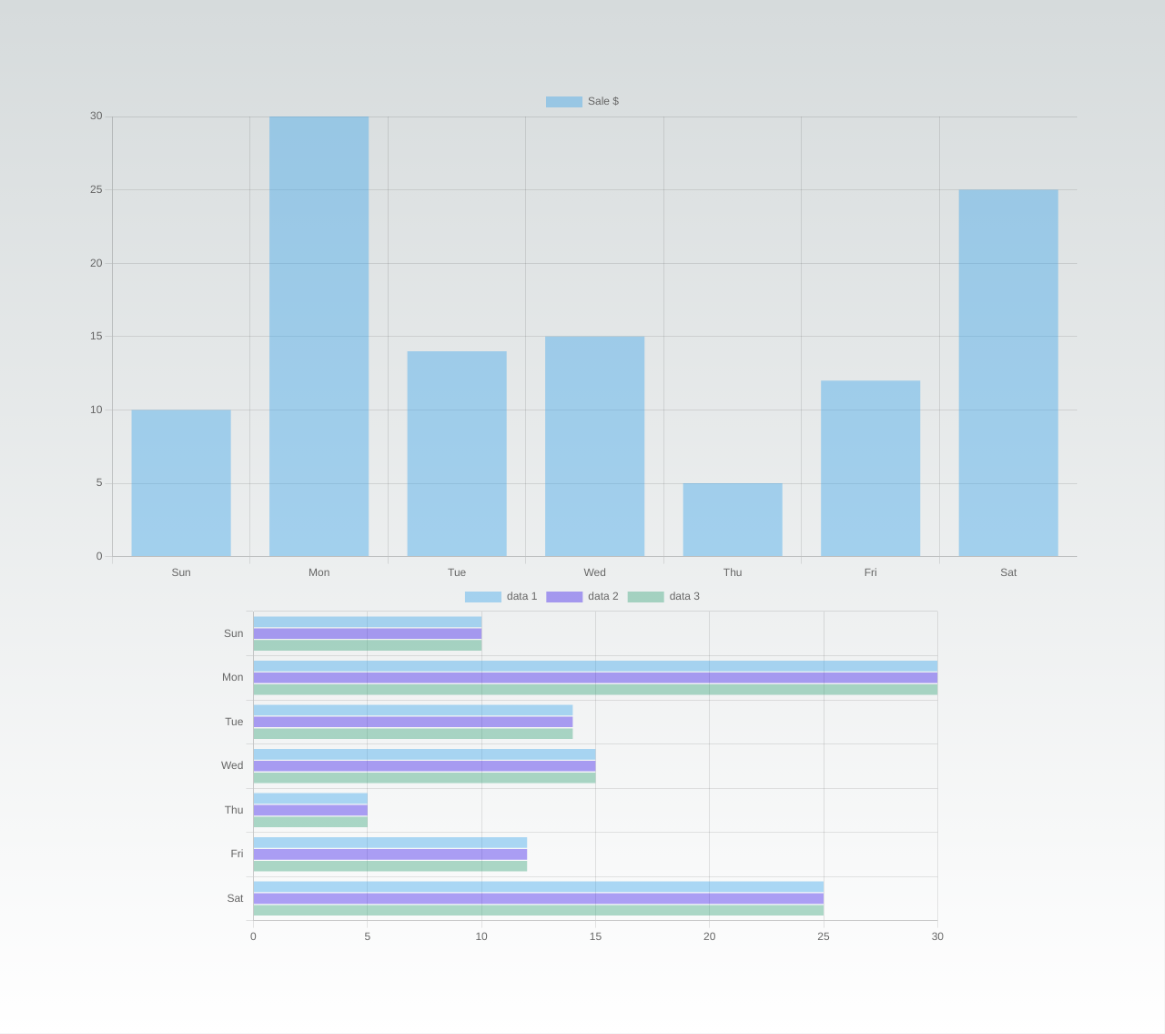
Repository: MonicaNguyenH/exercise-5
Page: /
The author's editor kept a copy of each file at every save. The page is drawn from the files as they stood at one save, then again after the next save.
The browser window is 1280 px wide. The pictures show the whole page, at 91% of full size.
The project was rebuilt for these pictures with package versions that can differ from the ones it lists, and the page was loaded fresh each time. The framework's server and built-in components were replaced by stand-ins that run in the browser. Also part of the build but not shown: next.config.mjs.

Above is the page before, as saved 2024-04-15 14:20:41.

After the next save:
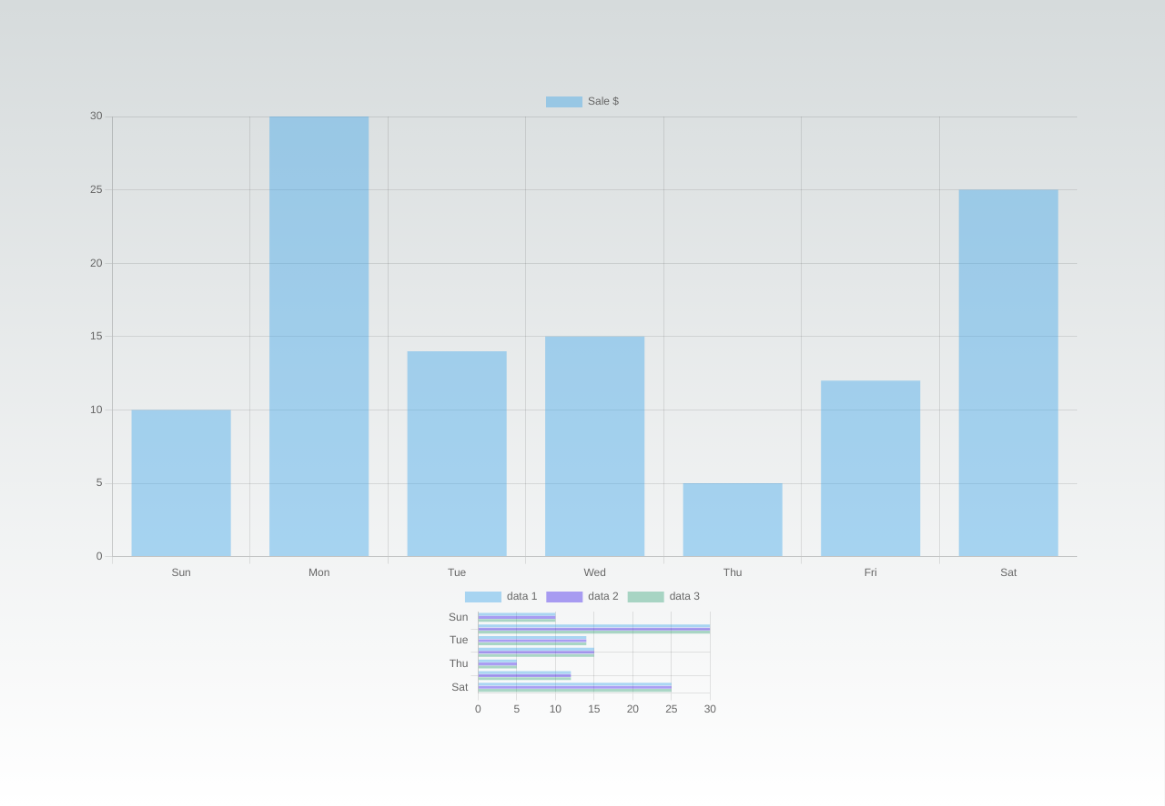
Saved 2 min 3 s later.
--- a/components/HorizontalChart/index.js
+++ b/components/HorizontalChart/index.js
@@ -71,7 +71,7 @@ export default function HorizontalChart(){
 
     return(
         <div>
-        <Bar data={chartData} options={chartOptions} style={{ width: "800px", height: "500px"}}/>
+        <Bar data={chartData} options={chartOptions} style={{ width: "800", height: "500"}}/>
         </div>
     )
 }
